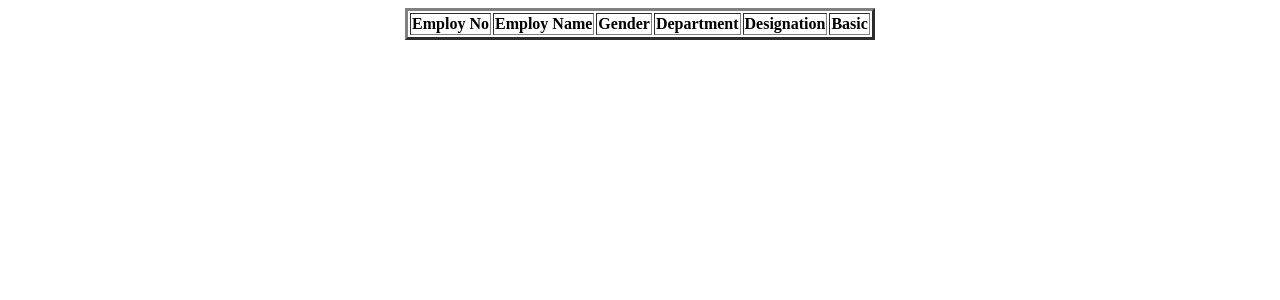
Repository: Guptaji153/Test002
Page: http://localhost/jspJDBC/EmployShow.jsp
An editor plug-in stored every save of this project. The page is shown before and after the next save, followed by the edit.
The browser window is 1280 px wide. The pictures show the whole page.
The page is served by Tomcat 9. Other server files are loaded and not shown. Queries for data that is not in the repository find no rows.

Above is the page before, as saved 2025-05-06 05:01:30.

### Day2/jspJDBC/src/main/webapp/EmployShow.jsp
<%@ page import="java.util.List" %>
<%@ page import="com.java.jdbc.dao.EmployDao" %>
<%@ page import="com.java.jdbc.dao.EmployDaoImpl" %>
<%@ page import="com.java.jdbc.model.Employ" %> <!-- Make sure this exists -->
<%@ page language="java" contentType="text/html; charset=ISO-8859-1" pageEncoding="ISO-8859-1" %>
<!DOCTYPE html>
<html>
<head>
<meta charset="ISO-8859-1">
<title>Employee List</title>
</head>
<body>

<%
    EmployDao dao = new EmployDaoImpl();
    List<Employ> employList = dao.showEmployDao();
%>

<table border="3" align="center">
<tr>
    <th>Employ No</th>
    <th>Employ Name</th>
    <th>Gender</th>
    <th>Department</th>
    <th>Designation</th>
    <th>Basic</th>
</tr>

<% for (Employ emp : employList) { %>
<tr>
    <td><%= emp.getEmpno() %></td>
    <td><%= emp.getName() %></td>
    <td><%= emp.getGender() %></td>
    <td><%= emp.getDept() %></td>
    <td><%= emp.getDesig() %></td>
    <td><%= emp.getBasic() %></td>
</tr>
<% } %>

</table>

</body>
</html>

### Day2/jspJDBC/src/main/java/com/java/jdbc/dao/EmployDao.java
package com.java.jdbc.dao;

import java.sql.SQLException;
import java.util.List;

import com.java.jdbc.model.Employ;

public interface EmployDao {

	List<Employ> showEmployDao() throws ClassNotFoundException, SQLException;
	Employ searchEmployDao(int empno) throws ClassNotFoundException, SQLException;
	String addEmployDao(Employ employ) throws ClassNotFoundException, SQLException;
	String deleteEmployDao(int empno) throws ClassNotFoundException, SQLException;
	String updateEmployDao(Employ employUpdated) throws ClassNotFoundException, SQLException;
	String addUser(String user, String pwd) throws ClassNotFoundException, SQLException;
	int authenticate(String user, String pwd) throws ClassNotFoundException, SQLException;
}

### Day2/jspJDBC/src/main/java/com/java/jdbc/dao/EmployDaoImpl.java
package com.java.jdbc.dao;

import java.sql.Connection;
import java.sql.PreparedStatement;
import java.sql.ResultSet;
import java.sql.SQLException;
import java.util.ArrayList;
import java.util.List;

import com.java.jdbc.model.Employ;
import com.java.jdbc.model.Gender;
import com.java.jdbc.util.ConnectionHelper;
import com.java.jdbc.util.EncryptPassword;

public class EmployDaoImpl implements EmployDao {

	Connection connection;
	PreparedStatement psmt;

	@Override
	public List<Employ> showEmployDao() throws ClassNotFoundException, SQLException {
		List<Employ> employList = new ArrayList<Employ>();
		Employ employ = null;
		connection = ConnectionHelper.getConnection();
		String cmd = "select * from Employ";
		psmt = connection.prepareStatement(cmd);
		ResultSet rs = psmt.executeQuery();
		while(rs.next()) {
			employ = new Employ();
			employ.setEmpno(rs.getInt("empno"));
			employ.setName(rs.getString("name"));
			employ.setGender(Gender.valueOf(rs.getString("gender")));
			employ.setDept(rs.getString("dept"));
			employ.setDesig(rs.getString("desig"));
			employ.setBasic(rs.getDouble("basic"));
			employList.add(employ);
		}
		return employList;
	}

	@Override
	public Employ searchEmployDao(int empno) throws ClassNotFoundException, SQLException {
		Employ employ = null;
		connection = ConnectionHelper.getConnection();
		String cmd = "select * from Employ where empno = ?";
		psmt = connection.prepareStatement(cmd);
		psmt.setInt(1, empno);
		ResultSet rs = psmt.executeQuery();
		if(rs.next()) {
			employ = new Employ();
			employ.setEmpno(rs.getInt("empno"));
			employ.setName(rs.getString("name"));
			employ.setGender(Gender.valueOf(rs.getString("gender")));
			employ.setDept(rs.getString("dept"));
			employ.setDesig(rs.getString("desig"));
			employ.setBasic(rs.getDouble("basic"));
		}
		return employ;
	}

	@Override
	public String addEmployDao(Employ employ) throws ClassNotFoundException, SQLException {
		String cmd = "Insert into Employ(empno,name,gender,dept,desig,basic) values(?,?,?,?,?,?)";
		connection = ConnectionHelper.getConnection();
		psmt = connection.prepareStatement(cmd);
		psmt.setInt(1, employ.getEmpno());
		psmt.setString(2, employ.getName());
		psmt.setString(3, employ.getGender().toString());
		psmt.setString(4, employ.getDept());
		psmt.setString(5, employ.getDesig());
		psmt.setDouble(6, employ.getBasic());
		psmt.executeUpdate();
		return "Employ Record Inserted...";
	}

	@Override
	public String deleteEmployDao(int empno) throws ClassNotFoundException, SQLException {
		Employ employFound = searchEmployDao(empno);
		if (employFound !=null) {
			String cmd = "Delete from Employ where Empno = ?";
			connection = ConnectionHelper.getConnection();
			psmt = connection.prepareStatement(cmd);
			psmt.setInt(1, empno);
			psmt.executeUpdate();
			return "Employ Record Deleted...";
		}
		return "Employ Record Not Found...";
	}

	@Override
	public String updateEmployDao(Employ employUpdated) throws ClassNotFoundException, SQLException {
		Employ employFound = searchEmployDao(employUpdated.getEmpno());
		if (employFound==null) {
			return "Employ Record Not Found...";
		}
		String cmd = "Update Employ set Name = ?, Gender = ?, Dept = ?, Desig = ?, Basic = ? Where empno = ?";
		connection = ConnectionHelper.getConnection();
		psmt = connection.prepareStatement(cmd);
		psmt.setString(1, employUpdated.getName());
		psmt.setString(2, employUpdated.getGender().toString());
		psmt.setString(3, employUpdated.getDept());
		psmt.setString(4, employUpdated.getDesig());
		psmt.setDouble(5, employUpdated.getBasic());
		psmt.setInt(6, employUpdated.getEmpno());
		psmt.executeUpdate();
		return "Employ Record Updated...";
	}

	@Override
	public String addUser(String user, String pwd) throws ClassNotFoundException, SQLException {
		String encr = EncryptPassword.getCode(pwd);
		String cmd = "insert into Login values(?,?)";
		connection = ConnectionHelper.getConnection();
		psmt = connection.prepareStatement(cmd);
		psmt.setString(1, user);
		psmt.setString(2, encr);
		psmt.executeUpdate();
		return "User Account Created...";
	}

	@Override
	public int authenticate(String user, String pwd) throws ClassNotFoundException, SQLException {
		String encr = EncryptPassword.getCode(pwd);
		String cmd = "select count(*) cnt from Login where userName=? and passCode=?";
		connection = ConnectionHelper.getConnection();
		psmt = connection.prepareStatement(cmd);
		psmt.setString(1, user);
		psmt.setString(2, encr);
		ResultSet rs = psmt.executeQuery();
		rs.next();

		return rs.getInt("cnt");
	}

}

### Day2/jspJDBC/src/main/java/com/java/jdbc/util/ConnectionHelper.java
package com.java.jdbc.util;

import java.sql.Connection;
import java.sql.DriverManager;
import java.sql.SQLException;
import java.util.ResourceBundle;

public class ConnectionHelper {

	public static Connection getConnection() throws ClassNotFoundException, SQLException {
		ResourceBundle rb = ResourceBundle.getBundle("db");
		String driver = rb.getString("driver");
		String url = rb.getString("url");
		String user = rb.getString("user");
		String password = rb.getString("password");

		Class.forName(driver);
		Connection connection = DriverManager.getConnection(url, user, password);
		return connection;
	}
}

After the next save:
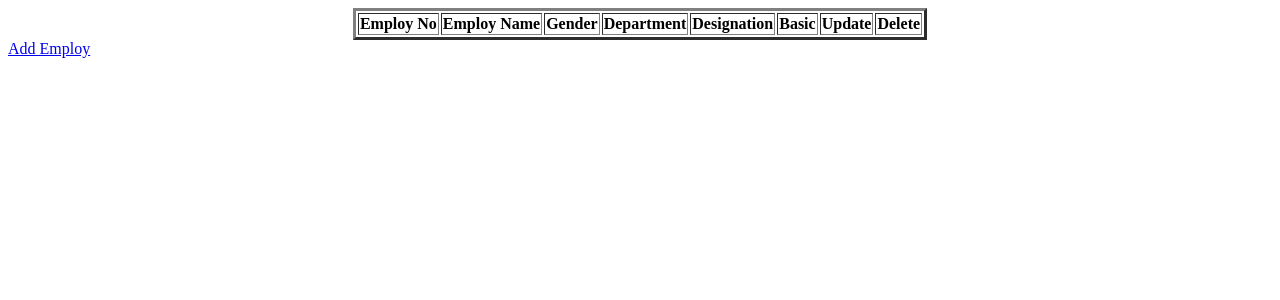
Saved 12 min 12 s later.
--- a/Day2/jspJDBC/src/main/webapp/EmployShow.jsp
+++ b/Day2/jspJDBC/src/main/webapp/EmployShow.jsp
@@ -24,6 +24,8 @@
     <th>Department</th>
     <th>Designation</th>
     <th>Basic</th>
+    <th>Update</th>
+    <th>Delete</th>
 </tr>
 
 <% for (Employ emp : employList) { %>
@@ -34,10 +36,14 @@
     <td><%= emp.getDept() %></td>
     <td><%= emp.getDesig() %></td>
     <td><%= emp.getBasic() %></td>
+    <td> <a href=UpdateEmploy.jsp?empno=<%= emp.getEmpno() %>> Update</a> a> </td>
+    <td> <a href=DeleteEmploy.jsp?empno=<%=emp.getEmpno() %>>Delete</a></td>
 </tr>
 <% } %>
 
 </table>
 
+<a href="AddEmploy.jsp">Add Employ</a>
+
 </body>
 </html>
